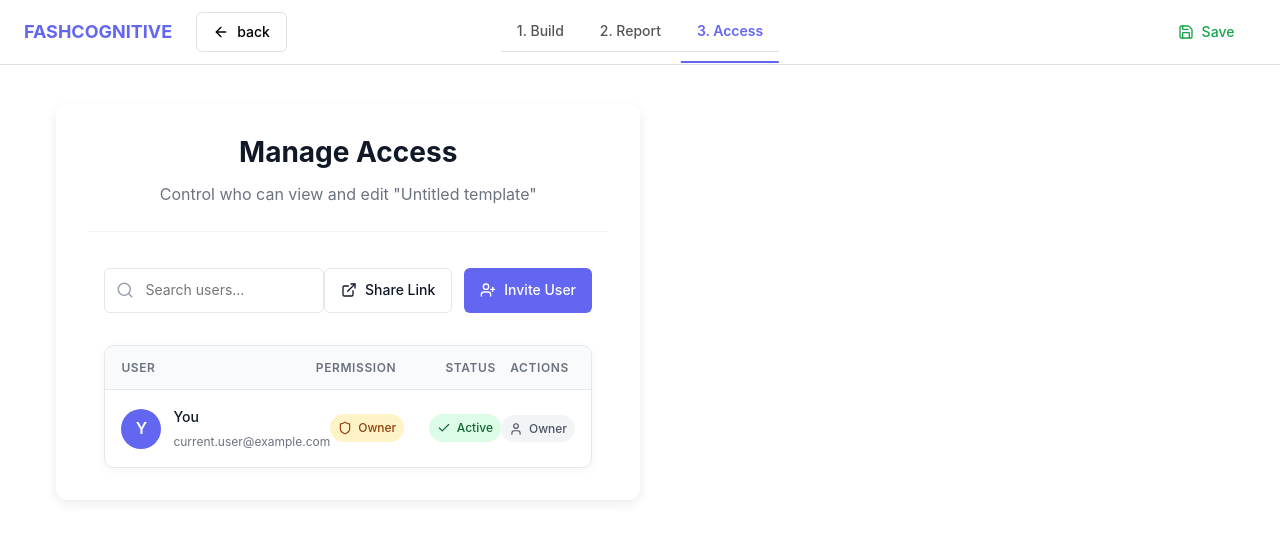
Repository: loganand612/fashcognitive-intern
Page: /ct (app in fash/), after clicking the first element matching `div.nav-tabs > :nth-child(3)`
The author's editor kept a copy of each file at every save. The page is drawn from the files as they stood at one save, then again after the next save.
The browser window is 1280 px wide. The pictures show the whole page.
The project was rebuilt for these pictures with package versions that can differ from the ones it lists, and the page was loaded fresh each time. Also part of the build but not shown: fash/src/pages/Login.css, fash/src/pages/Register.css, fash/src/pages/Template.css, fash/src/pages/Home.tsx, fash/src/pages/Login.tsx, fash/src/pages/Register.tsx, fash/src/pages/Home2.tsx, fash/src/pages/Dashboard.tsx and 1 more. Imported but missing from the stored project, and not drawn on this page: fash/src/pages/assets/head1.mp4.

Above is the page before, as saved 2025-04-14 09:10:45.

After the next save:
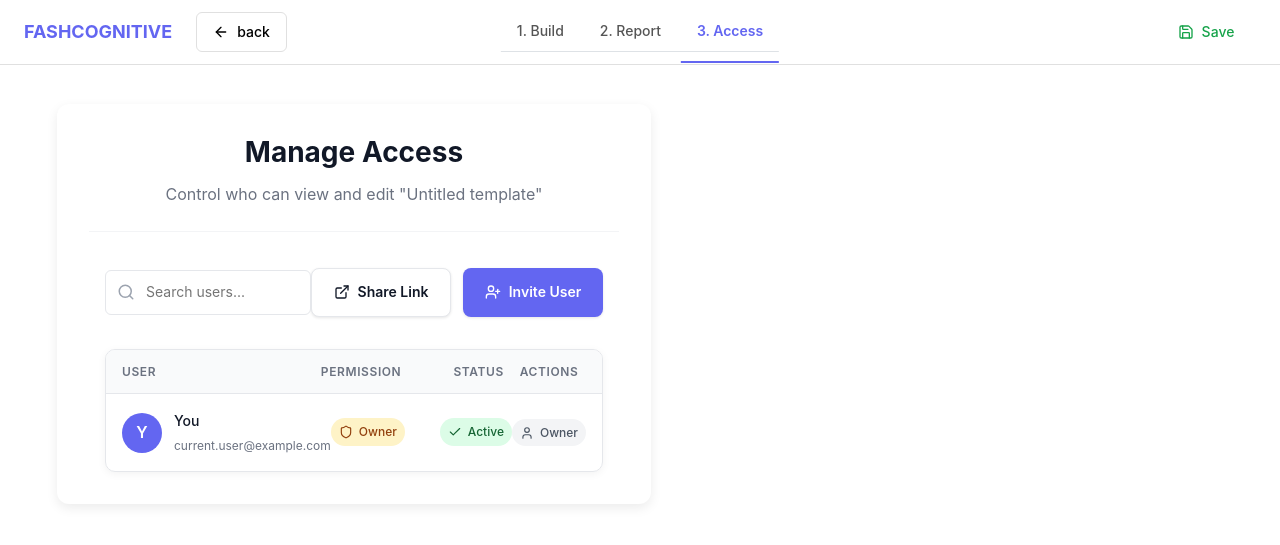
Saved 18 s later.
--- a/fash/src/components/AccessManager.css
+++ b/fash/src/components/AccessManager.css
@@ -75,33 +75,42 @@
   display: flex;
   align-items: center;
   gap: 8px;
-  padding: 10px 16px;
-  border-radius: 6px;
-  font-size: 14px;
-  font-weight: 500;
+  padding: 12px 20px;
+  border-radius: 8px;
+  font-size: 14px;
+  font-weight: 600;
   cursor: pointer;
   transition: all 0.2s;
+  box-shadow: 0 1px 3px rgba(0, 0, 0, 0.1);
 }
 
 .invite-button {
   background-color: #6366f1;
   color: white;
   border: none;
+  min-width: 140px;
+  justify-content: center;
 }
 
 .invite-button:hover {
   background-color: #4f46e5;
+  transform: translateY(-1px);
+  box-shadow: 0 4px 6px rgba(0, 0, 0, 0.1);
 }
 
 .share-link-button {
   background-color: white;
   color: #111827;
   border: 1px solid #e5e7eb;
+  min-width: 140px;
+  justify-content: center;
 }
 
 .share-link-button:hover {
   background-color: #f9fafb;
   border-color: #d1d5db;
+  transform: translateY(-1px);
+  box-shadow: 0 4px 6px rgba(0, 0, 0, 0.05);
 }
 
 .share-link-container {
